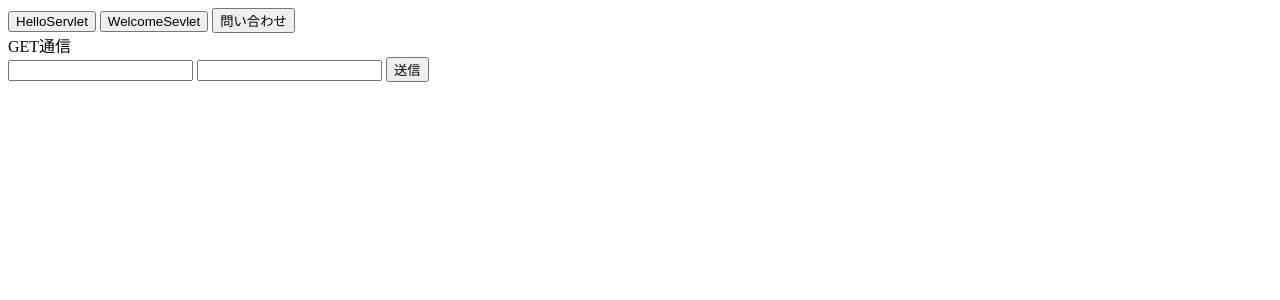
Repository: shimizuyusuke/backup
Page: http://localhost/HelloServlet2/
These files come from the project's save history. The page is drawn as it stood at one moment and after the next save; the edit follows.
The browser window is 1280 px wide. The pictures show the whole page.
The page is served by Tomcat 9.

Above is the page before, as saved 2018-01-18 04:20:24.

After the next save:
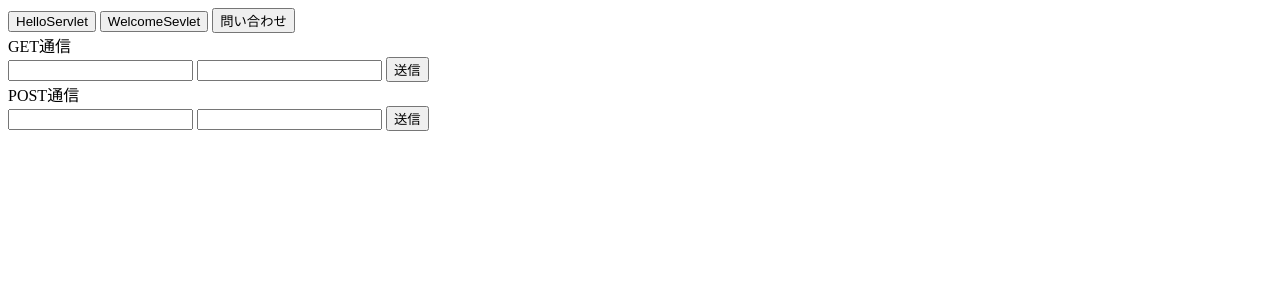
Saved 69 s later.
--- a/HelloServlet2/WebContent/index.jsp
+++ b/HelloServlet2/WebContent/index.jsp
@@ -18,8 +18,16 @@
 <input type="text" name="username">
 <input type="password" name="password">
 <input type="submit" value="送信">
+</form>
 
+POST通信
+<form method="get"action="TestServlet">
+<input type="text" name="username">
+<input type="password" name="password">
+<input type="submit" value="送信">
 </form>
+
+
 
 
 </body>
